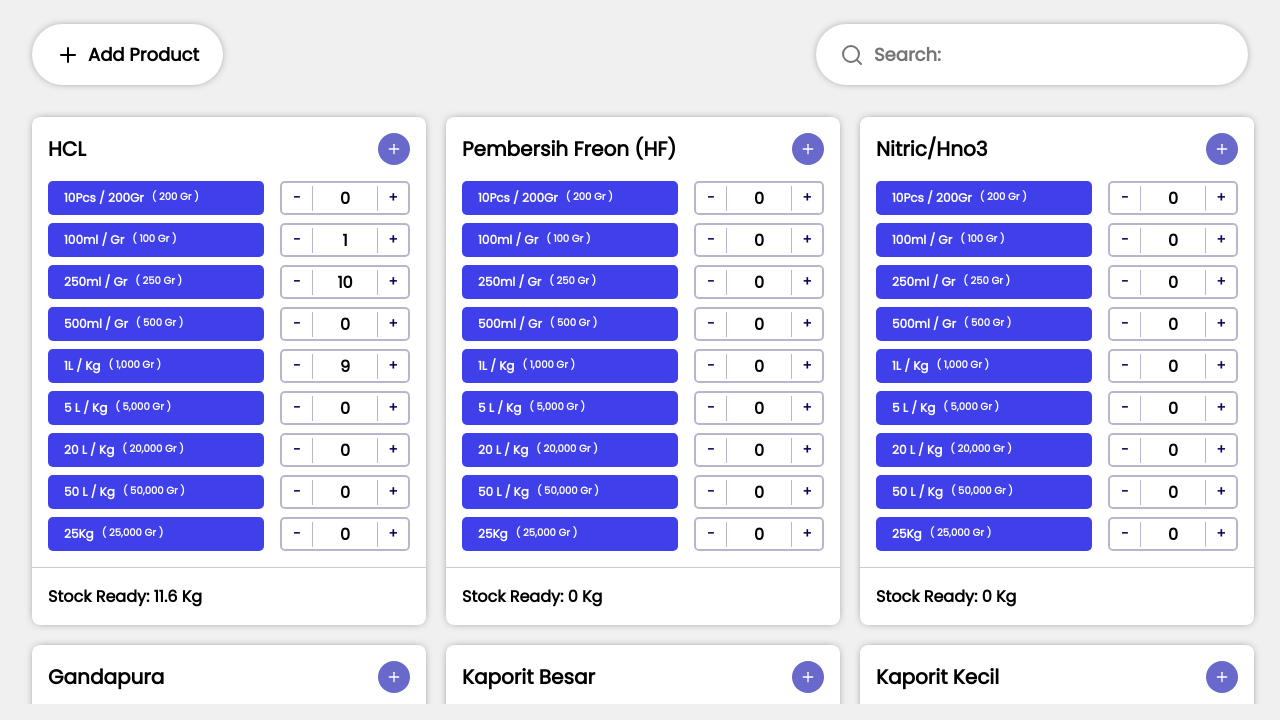
Repository: zuraniumlab-design/upstock-amsk
Page: /
These files come from the project's save history. The page is drawn as it stood at one moment and after the next save; the edit follows.
The browser window is 1280 px wide. The pictures show the whole page.
An inner scrolling area shows only its first screen. The project was rebuilt for these pictures with package versions that can differ from the ones it lists, and the page was loaded fresh each time. Also part of the build but not shown: vite.config.js.

Above is the page before, as saved 2026-06-20 11:50:25.

After the next save:
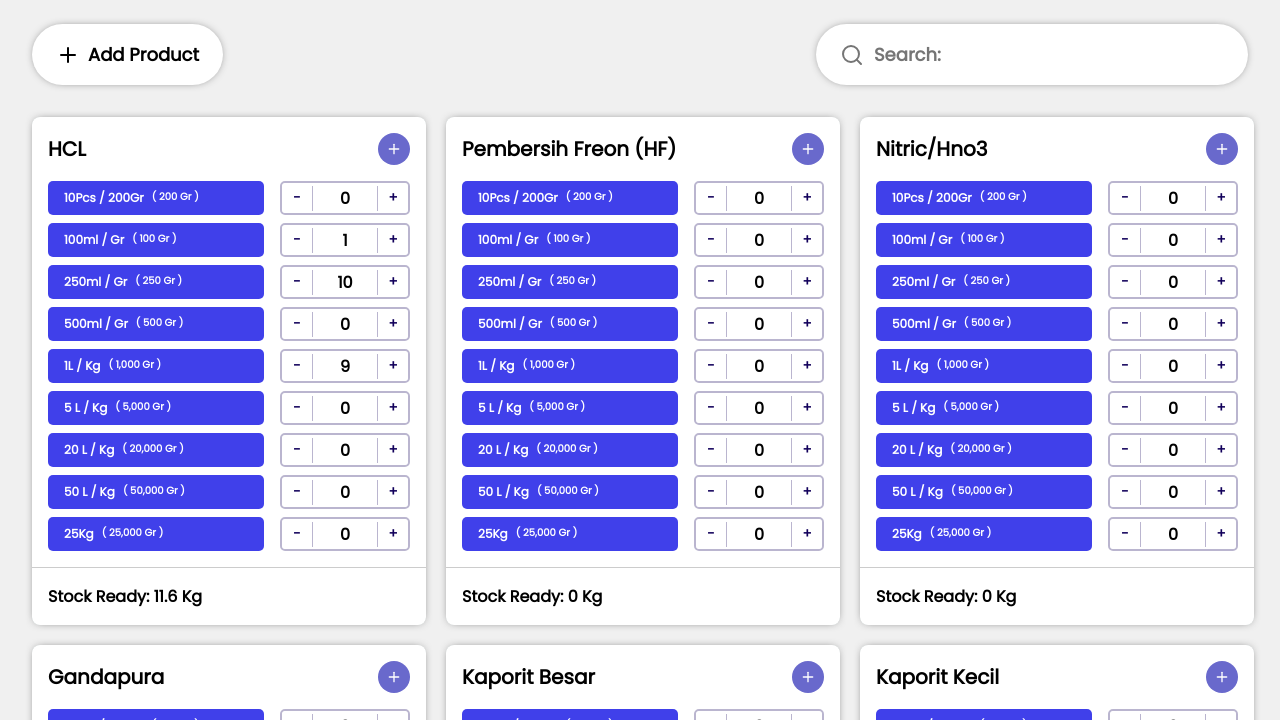
Saved 11 s later.
--- a/src/App.module.css
+++ b/src/App.module.css
@@ -12,7 +12,7 @@
 /*? SIDEBAR END */
 
 .content {
-  height: calc(100vh - 2rem);
+  height: calc(100vh - 1rem);
   width: 100%;
   gap: 0.5rem;
   overflow: hidden;
